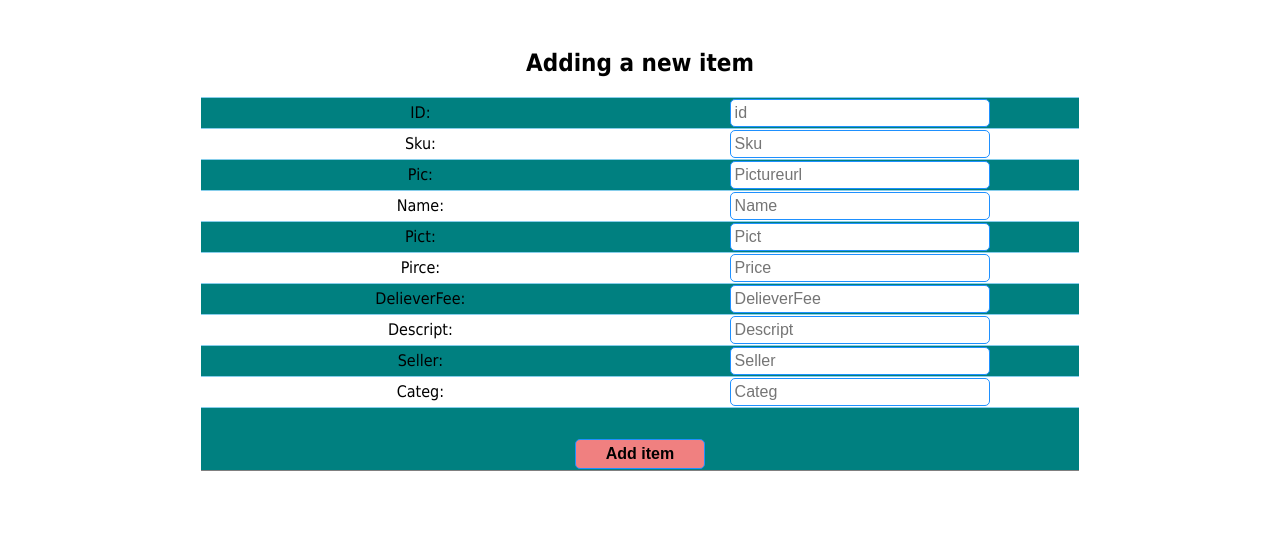
Repository: UnforgivenZZZ/bulldog
Page: bulldog/WebContent/WEB-INF/addingitem.html
The author's editor kept a copy of each file at every save. The page is drawn from the files as they stood at one save, then again after the next save.
The browser window is 1280 px wide. The pictures show the whole page.

Above is the page before, as saved 2017-07-13 02:50:41.

### bulldog/WebContent/WEB-INF/addingitem.html
<!DOCTYPE html PUBLIC "-//W3C//DTD HTML 4.01 Transitional//EN" "http://www.w3.org/TR/html4/loose.dtd">
<html>
<head>
<meta http-equiv="Content-Type" content="text/html; charset=ISO-8859-1">
<title>Adding new item</title>
<link type="text/css" rel="stylesheet" href="css/add-products-style.css">
<link type="text/css" rel="stylesheet" href="css/style.css">
</head>
<body>

<!-- 	id,sku,pic,name,pict,price,delieverFee,descript,seller,categ,postDate -->
    <form action="adding" method="post">
        <table border="0" width="45%" align="center">


			<caption><h2>Adding a new item</h2></caption>


             <tr>
                <td width="50%">ID: </td>
                <td><input type="text" placeholder="id" name="_id"></td>
            </tr>
             <tr>
                <td width="50%">Sku: </td>
                <td><input type="text" placeholder="Sku" name="_Sku"></td>
            </tr>
            <tr>
                <td>Pic: </td>
                <td><input type="text" placeholder="Pictureurl" name="_Pictureurl"></td>
            </tr>
            <tr>
                <td>Name: </td>
                <td><input type="text" placeholder="Name" name="_Name"></td>
            </tr>
             <tr>
                <td>Pict: </td>
                <td><input type="text" placeholder="Pict" name="_Pict"></td>
            </tr>
             <tr>
                <td>Pirce: </td>
                <td><input type="text" placeholder="Price" name="_Price"></td>
            </tr>
            <tr>
                <td>DelieverFee: </td>
                <td><input type="text" placeholder="DelieverFee" name="_DelieverFee"></td>
            </tr>
            <tr>
                <td>Descript: </td>
                <td><input type="text" placeholder="Descript" name="_Descript"></td>
            </tr>
             <tr>
                <td>Seller: </td>
                <td><input type="text" placeholder="Seller" name="_Seller"></td>
            </tr>
            <tr>
                <td>Categ: </td>
                <td><input type="text" placeholder="Categ" name="_Categ"></td>
            </tr>



			<br/>

            <tr>
            <!-- change to onlick cannot proces if not working with duplicate -->
                <td colspan="2" align="center"><input type="Submit" value="Add item" class="save"/></td>
            </tr>
        </table>

    </form>
</body>
</html>

### bulldog/WebContent/css/add-products-style.css
form {
	margin-top: 10px;
}

label {
	font-size: 16px;
	width: 100px;
	display: block;
	text-align: right;
	margin-right: 10px;
	margin-top: 8px;
	margin-bottom: 8px;
}

input {
	width: 250px;
	border: 1px solid 	#1E90FF;
	border-radius: 5px;
	padding: 4px;
	font-size: 16px;
}

.save {
	font-weight: bold;
	width: 130px;
	padding: 5px 10px;
	margin-top: 30px;
	background: #F08080;
}

table {
	border-style:none;
	width:50%;
}

tr:nth-child(even) {background:#4169E1}
tr:nth-child(odd) {background: #4169E1}

tr {
	border-style:none;
	text-align:left;
}

### bulldog/WebContent/css/style.css
html, body{
	margin-left:15px; margin-right:15px;
	padding:0px;
	font-family:Verdana, Arial, Helvetica, sans-serif;
}

table {
	border-collapse:collapse;
	border-bottom:1px solid gray;
	font-family: Tahoma,Verdana,Segoe,sans-serif;
	width:72%;
}

th {
	border-bottom:1px solid gray;
	background:none repeat scroll 0 0 #0775d3;
	padding:10px;
	color: #FFFFFF;
}

tr {
	border-top:1px solid 	#87CEEB;
	text-align:center;
}

tr:nth-child(even) {background: #FFFFFF}
tr:nth-child(odd) {background: 	#008080}

#wrapper {width: 100%; margin-top: 0px; }
#header {width: 70%; background: #0775d3; margin-top: 0px; }
#header h2 {width: 100%; margin:auto; color: #FFFFFF;}
#container {width: 100%; margin:auto}
#container h3 {color: #000;}
#container #content {margin-top: 20px;}

.add-student-button {
	border: 1px solid #666;
	border-radius: 5px;
	padding: 4px;
	font-size: 12px;
	font-weight: bold;
	width: 120px;
	padding: 5px 10px;

	margin-bottom: 15px;
	background: #cccccc;
}

After the next save:
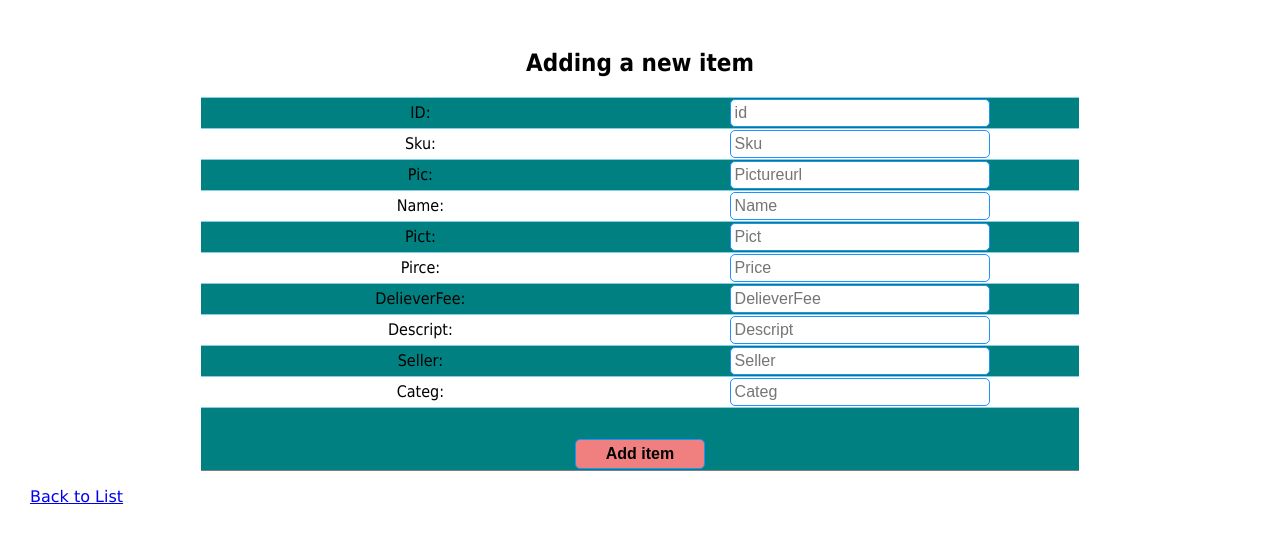
Saved 2 min 19 s later.
--- a/bulldog/WebContent/WEB-INF/addingitem.html
+++ b/bulldog/WebContent/WEB-INF/addingitem.html
@@ -67,6 +67,14 @@
             </tr>
         </table>
 
+
+        <div type="clear:" both;"></div>
+
+		<p>
+			<a href="StudentControllerServlet">Back to List</a>
+
+		</p>
+
     </form>
 </body>
 </html>
